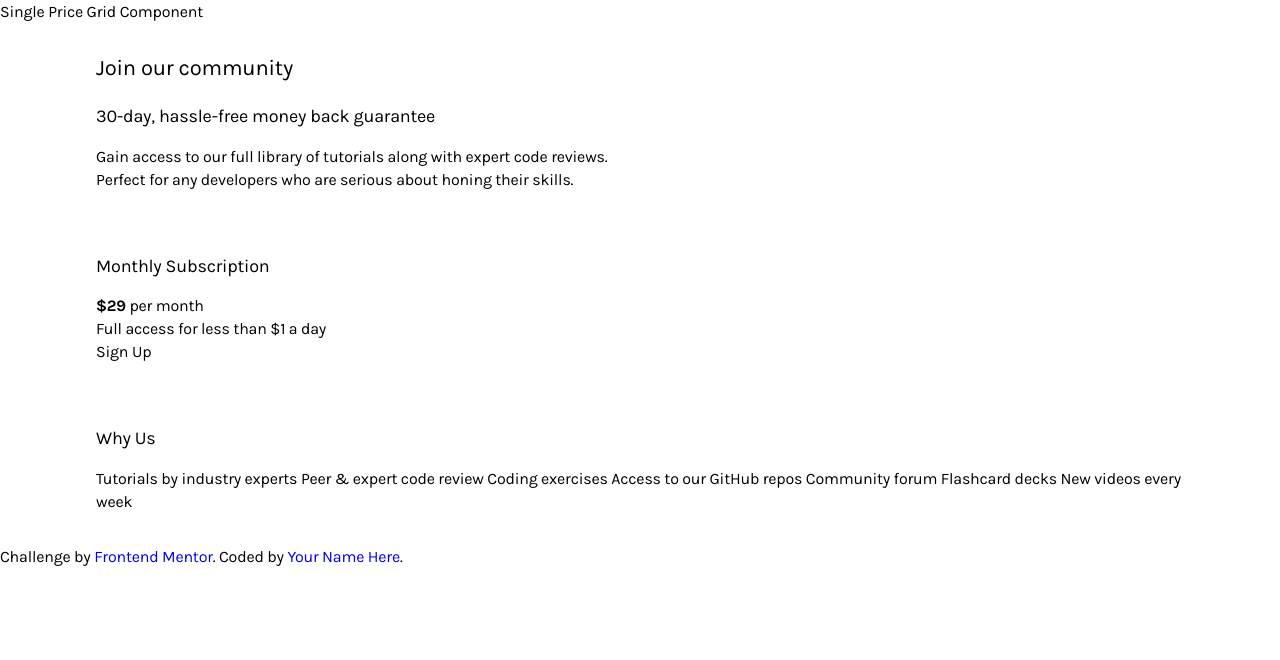
Repository: bangjuyoung/bangjuyoung
Page: practice/frontend-mentor/single-price-grid-component/index.html
These files come from the project's save history. The page is drawn as it stood at one moment and after the next save; the edit follows.
The browser window is 1280 px wide. The pictures show the whole page.

Above is the page before, as saved 2019-06-16 13:05:57.

After the next save:
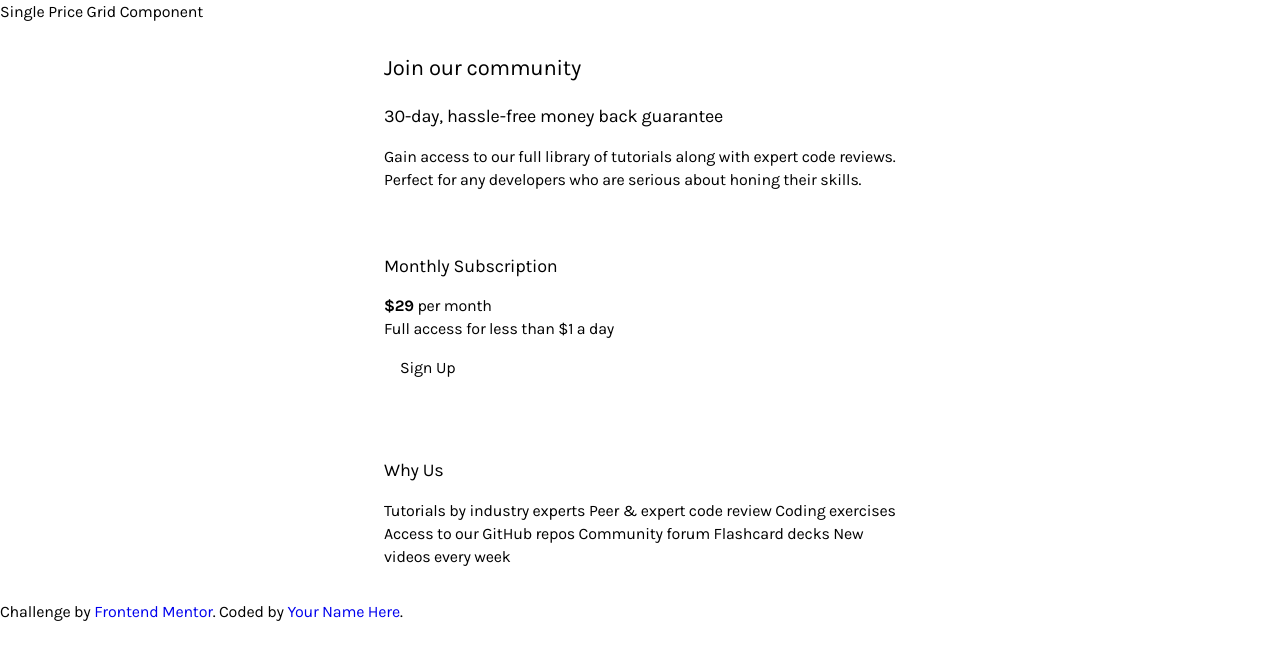
Saved 12 s later.
--- a/practice/frontend-mentor/single-price-grid-component/default.css
+++ b/practice/frontend-mentor/single-price-grid-component/default.css
@@ -16,11 +16,16 @@ body {
     }
 }
 
+.btn {
+    display: inline-block;
+    padding: 1rem;
+}
+
 
 /*
  * single-price
  */
-.single-price {
+.single-price__wrapper {
     max-width: 36rem;
     margin-left: auto;
     margin-right: auto;
